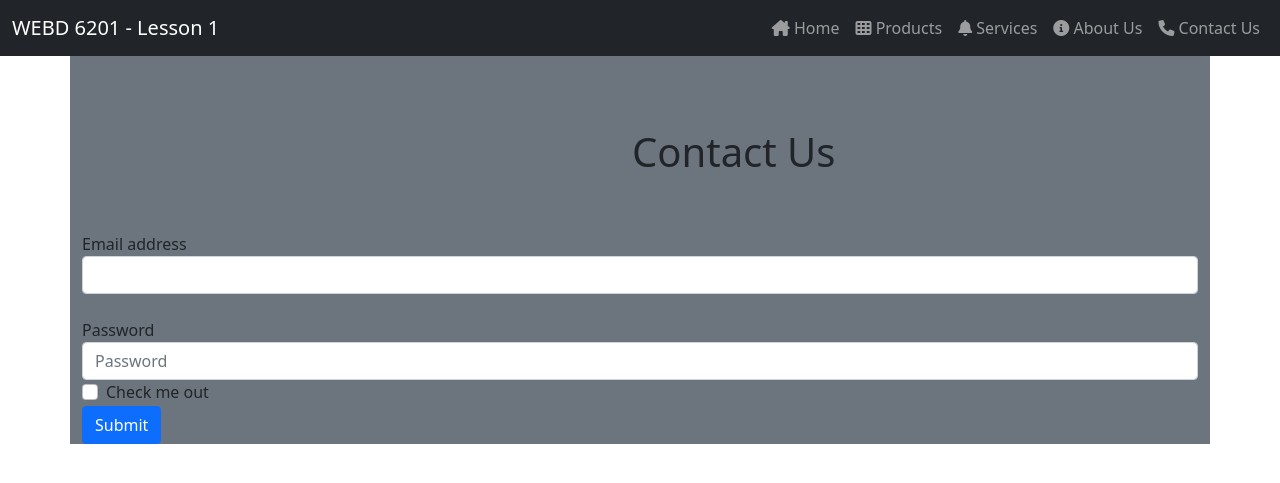
Repository: devanshudave1901/DevanshuDave_AngaranYogeswaranLab2
Page: contact.html
An editor plug-in stored every save of this project. The page is shown before and after the next save, followed by the edit.
The browser window is 1280 px wide. The pictures show the whole page.

Above is the page before, as saved 2022-02-10 12:16:13.

After the next save:
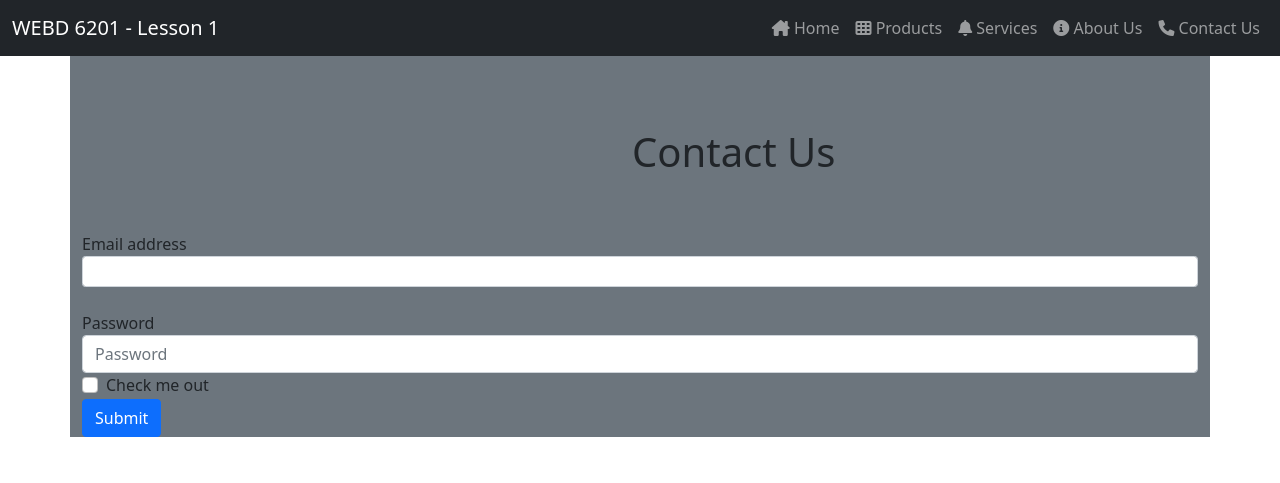
Saved 10 s later.
--- a/contact.html
+++ b/contact.html
@@ -71,13 +71,9 @@
       <br />
 
       <form>
-        <div class="form-group">
+        <div class="form-group input-group-sm">
           <label for="exampleInputEmail1"> Email address</label>
-          <input
-            type="email"
-            class="form-control input-group-sm"
-            id="exampleInputEmail1"
-          />
+          <input type="email" class="form-control" id="exampleInputEmail1" />
         </div>
         <br />
         <div class="form-group">

After the save that followed:
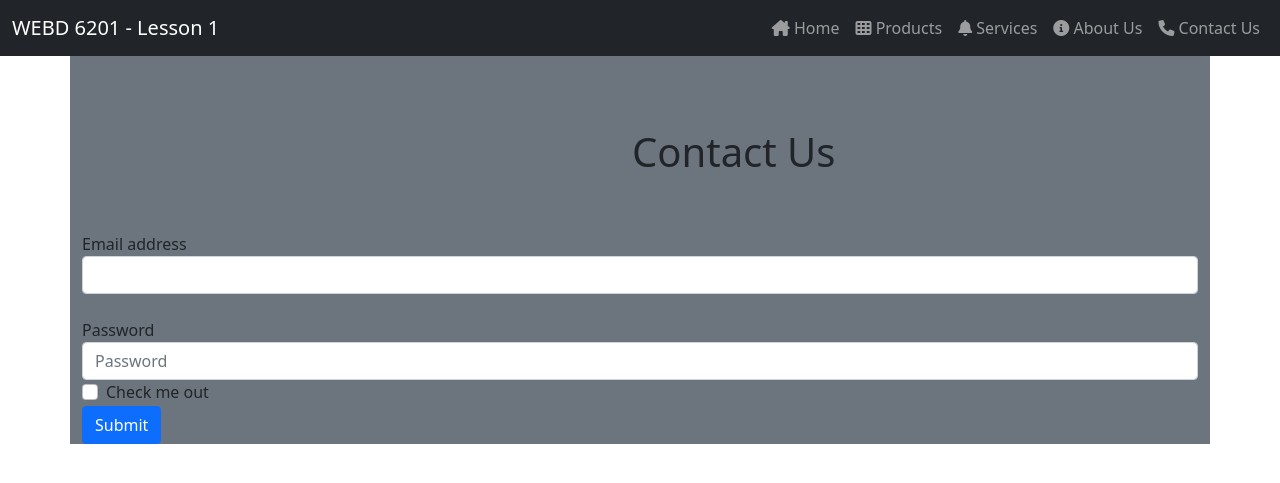
Saved 5 s later.
--- a/contact.html
+++ b/contact.html
@@ -71,7 +71,7 @@
       <br />
 
       <form>
-        <div class="form-group input-group-sm">
+        <div class="form-group">
           <label for="exampleInputEmail1"> Email address</label>
           <input type="email" class="form-control" id="exampleInputEmail1" />
         </div>
